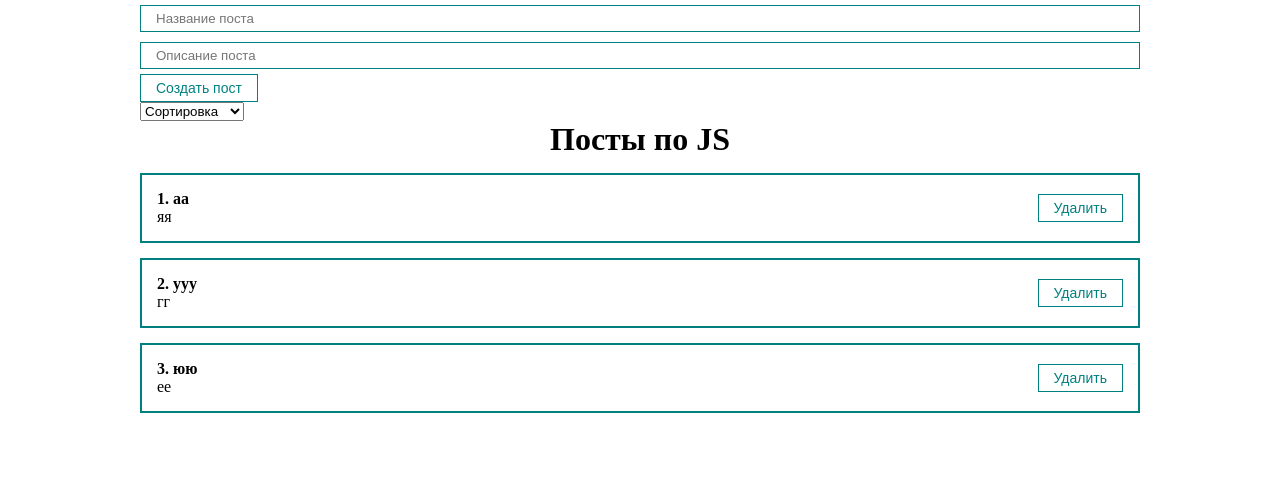
Repository: otvertka/ulb
Page: /
An editor plug-in stored every save of this project. The page is shown before and after the next save, followed by the edit.
The browser window is 1280 px wide. The pictures show the whole page.
The project was rebuilt for these pictures with package versions that can differ from the ones it lists, and the page was loaded fresh each time. Also part of the build but not shown: src/components/Counter.jsx, src/components/ClassCounter.jsx.

Above is the page before, as saved 2023-06-12 12:22:36.

### public/index.html
<!DOCTYPE html>
<html lang="en">
  <head>
    <meta charset="utf-8" />
    <meta name="viewport" content="width=device-width, initial-scale=1" />

    <title>React App</title>
  </head>
  <body>
    <noscript>You need to enable JavaScript to run this app.</noscript>
    <div id="root">
      <!-- ЗДЕСЬ БУДЕТ НАШЕ JS ПРИЛОЖЕНИЕ -->
    </div>
  </body>
</html>

### src/index.js
import React from "react";
import ReactDOM from "react-dom";
import App from "./App";

// const root = ReactDOM.createRoot(document.getElementById("root"));
// root.render(<App />);
ReactDOM.render(<App />, document.getElementById("root"));

### src/App.js
import React, { useState, useRef } from "react";

import Counter from "./components/Counter";
import ClassCounter from "./components/ClassCounter";
import "./styles/App.css";
import PostItem from "./components/PostItem";
import PostList from "./components/PostList";
import MyButton from "./components/UI/button/MyButton";
import MyInput from "./components/UI/input/MyInput";
import PostForm from "./components/PostForm";
import MySelect from "./components/UI/select/MySelect";

function App() {
  const [posts, setPosts] = useState([
    { id: 1, title: "аа", body: "яя" },
    { id: 2, title: "ууу", body: "гг" },
    { id: 3, title: "юю", body: "ее" },
  ]);

  const [selectedSort, setSelectedSort] = useState("");

  const createPost = (newPost) => {
    setPosts([...posts, newPost]);
  };

  // Получаем post из дочернего компонента
  const removePost = (post) => {
    setPosts(posts.filter((p) => p.id !== post.id));
  };

  const sortPosts = (sort) => {
    setSelectedSort(sort);

    setPosts([...posts].sort((a, b) => a[sort].localeCompare(b[sort]))); // развернём Посты в новый массив и мутируем его
    console.log(sort);
  };
  // импортируем компонент
  return (
    <div className="App">
      {/* передаём в компонент функцию обратного вызова, чтобы добавить в родительский массив дочерний новый элемент */}
      <PostForm create={createPost} />
      <div>
        <MySelect
          value={selectedSort}
          onChange={sortPosts}
          defaultValue="Сортировка"
          options={[
            { value: "title", name: "По названию" },
            { value: "body", name: "По описанию" },
          ]}
        />
      </div>
      {posts.length !== 0 ? (
        <PostList remove={removePost} posts={posts} title="Посты по JS" />
      ) : (
        <h2 style={{ textAlign: "center" }}>Посты не найдены !</h2>
      )}
    </div>
  );
}

export default App;

### src/styles/App.css
* {
  margin: 0;
  padding: 0;
  box-sizing: border-box;
}

/* Рут- блок из index.html */
#root {
  display: flex;
  justify-content: center;
}

.App {
  width: 1000px;
}

.post {
  display: flex;
  padding: 15px;
  border: 2px solid teal;
  margin-top: 15px;
  justify-content: space-between;
  align-items: center;
}

### src/components/PostItem.jsx
import React from "react";
import MyButton from "./UI/button/MyButton";

// Props - входные данные в контексте Реакта. Можно представлять, что это аргумент функции, в кот. мы можем что-то передавать снаружи
const PostItem = (props) => {
  // console.log(props);
  return (
    <div className="post">
      <div className="post__content">
        <strong>
          {props.number}. {props.post.title}
        </strong>
        <div>{props.post.body}</div>
      </div>
      <div className="post__btns">
        <MyButton onClick={() => props.remove(props.post)}>Удалить</MyButton>
      </div>
    </div>
  );
};

export default PostItem;

### src/components/PostList.jsx
import React from "react";
import PostItem from "./PostItem";

const PostList = ({ posts, title, remove }) => {
  return (
    <div>
      <h1 style={{ textAlign: "center" }}>{title}</h1>
      {posts.map((post, index) => (
        <PostItem
          remove={remove}
          number={index + 1}
          post={post}
          key={post.id}
        />
      ))}
    </div>
  );
};

export default PostList;

### src/components/UI/button/MyButton.jsx
import React from "react";
import classes from "./MyButton.module.css";

const MyButton = ({ children, ...props }) => {
  return (
    //
    <button {...props} className={classes.myBtn}>
      {children}
    </button>
  );
};

export default MyButton;

### src/components/UI/input/MyInput.jsx
import React from "react";
import classes from "./MyInput.module.css";

const MyInput = React.forwardRef((props, ref) => {
  return (
    //
    <input ref={ref} className={classes.myInput} {...props} />
  );
});

export default MyInput;

### src/components/PostForm.jsx
import React, { useState } from "react";
import MyInput from "./UI/input/MyInput";
import MyButton from "./UI/button/MyButton";

const PostForm = ({ create }) => {
  const [post, setPost] = useState({ title: "", body: "" });

  const addNewPost = (e) => {
    e.preventDefault();

    const newPost = { ...post, id: Date.now() };
    create(newPost);
    setPost({ title: "", body: "" });
  };
  return (
    <form>
      {/* Управляемый компонент */}
      <MyInput
        value={post.title}
        onChange={(e) => setPost({ ...post, title: e.target.value })}
        type="text"
        placeholder="Название поста"
      ></MyInput>
      {/* Неуправляемый\ Неконтролируемый компонент */}
      <MyInput
        value={post.body}
        onChange={(e) => setPost({ ...post, body: e.target.value })}
        type="text"
        placeholder="Описание поста"
      ></MyInput>
      <MyButton onClick={addNewPost}>Создать пост</MyButton>
    </form>
  );
};

export default PostForm;

### src/components/UI/select/MySelect.jsx
import React from "react";

const MySelect = ({ options, defaultValue, value, onChange }) => {
  return (
    //
    <select value={value} onChange={(event) => onChange(event.target.value)}>
      <option disabled value="">
        {defaultValue}
      </option>
      {options.map((option) => (
        <option key={option.value} value={option.value}>
          {option.name}
        </option>
      ))}
    </select>
  );
};

export default MySelect;

Loaded but not shown: src/components/UI/button/MyButton.module.css (common file); src/components/UI/input/MyInput.module.css (common file)

After the next save:
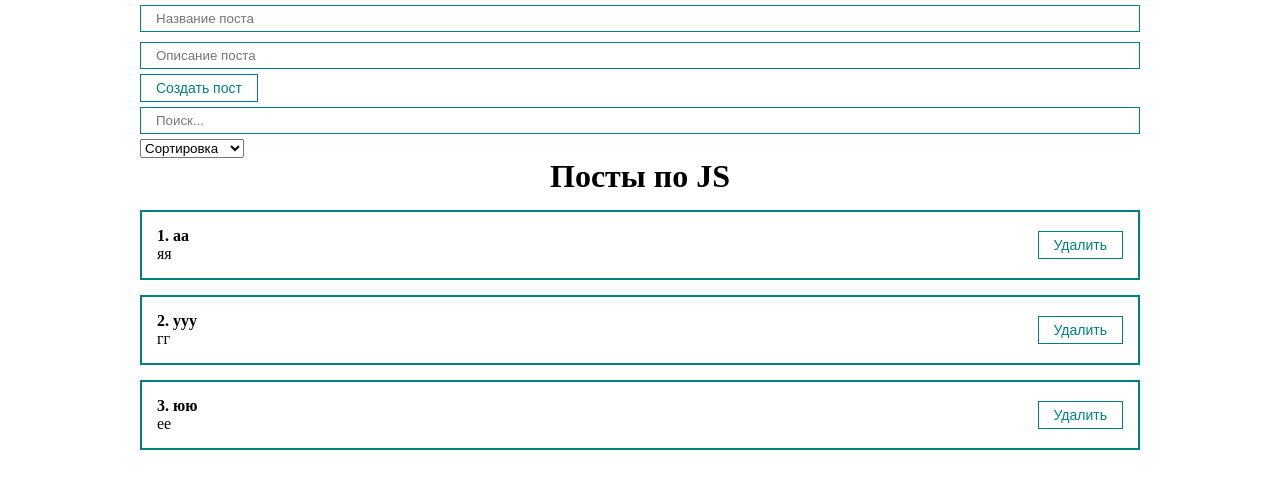
Saved 2 min 42 s later.
--- a/src/App.js
+++ b/src/App.js
@@ -40,6 +40,7 @@ function App() {
       {/* передаём в компонент функцию обратного вызова, чтобы добавить в родительский массив дочерний новый элемент */}
       <PostForm create={createPost} />
       <div>
+        <MyInput placeholder="Поиск..." />
         <MySelect
           value={selectedSort}
           onChange={sortPosts}
